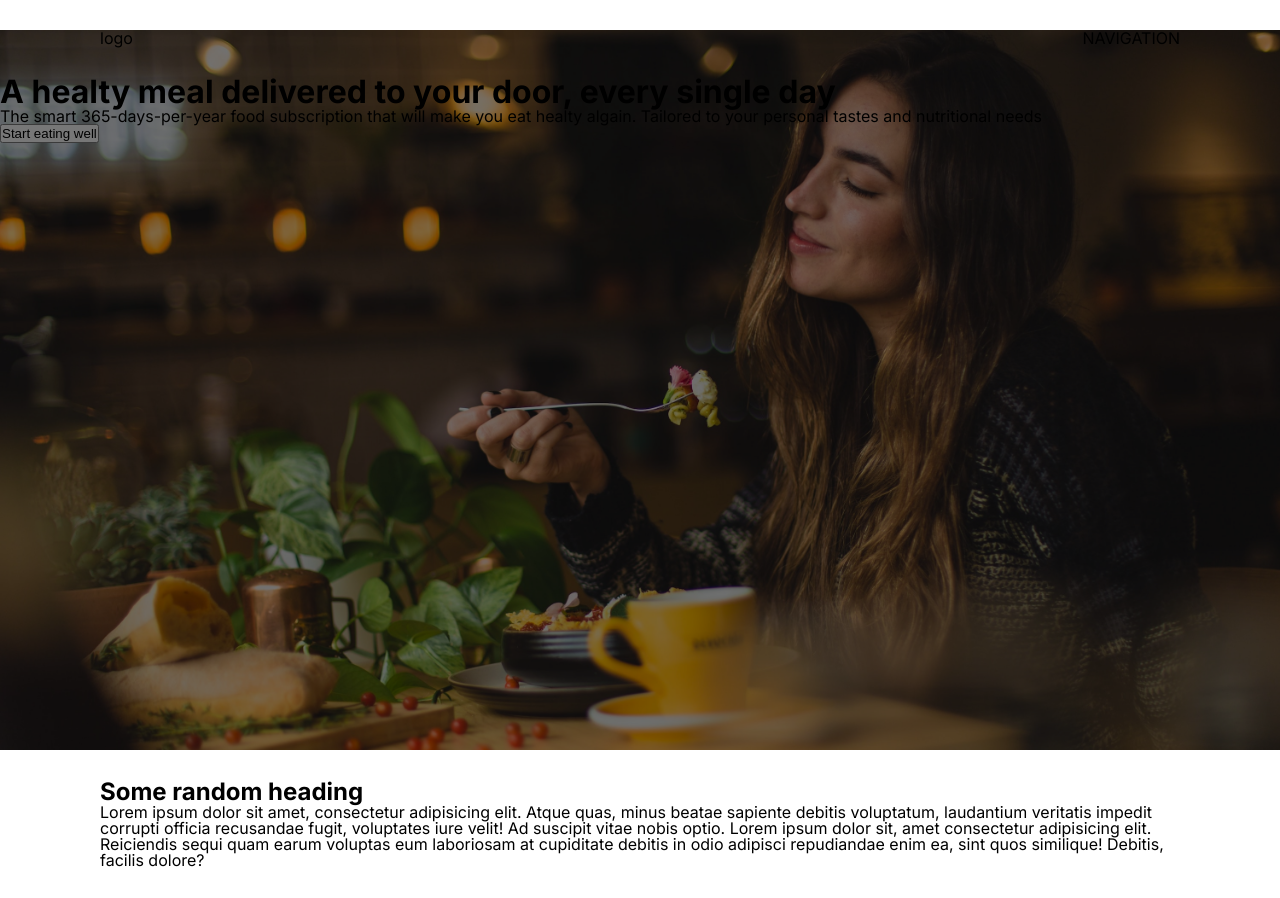
Repository: Ahmed123rezk123/06-Components
Page: hero.html
These files come from the project's save history. The page is drawn as it stood at one moment and after the next save; the edit follows.
The browser window is 1280 px wide. The pictures show the whole page.

Above is the page before, as saved 2024-09-18 09:14:49.

### hero.html
<!DOCTYPE html>
<html lang="en">
  <head>
    <meta charset="UTF-8" />
    <meta name="viewport" content="width=device-width, initial-scale=1.0" />
    <link rel="preconnect" href="https://fonts.gstatic.com" />
    <link
      href="https://fonts.googleapis.com/css2?family=Inter:wght@400;500;700&display=swap"
      rel="stylesheet"
    />
    <style>
      * {
        margin: 0;
        padding: 0;
        box-sizing: border-box;
      }

      body {
        font-family: "Inter", sans-serif;
        /* color: #343a40;
        background-color: #f8f9fa; */
        line-height: 1;
      }
      header {
        position: relative;
        background-image: url(/hero.jpg);
        background-repeat: no-repeat;
        background-size: cover;
        height: 100vh;
      }
      header::after {
        content: "";
        position: absolute;
        width: 100%;
        height: 100%;
        background-color: rgba(0, 0, 0, 0.5);
        top: 0;
        left: 0;
      }
      .container {
        margin: 30px 100px;
      }
      nav {
        display: flex;
        justify-content: space-between;
        align-items: center;
      }
    </style>
    <title>Pagination</title>
  </head>
  <body>
    <header>
      <nav class="container">
        <div>logo</div>
        <div>NAVIGATION</div>
      </nav>
      <div class="header-container">
        <div class="header-container-inner">
          <h1>A healty meal delivered to your door, every single day</h1>
          <p>
            The smart 365-days-per-year food subscription that will make you eat
            healty algain. Tailored to your personal tastes and nutritional
            needs
          </p>
          <button class="btn">Start eating well</button>
        </div>
      </div>
    </header>
    <section class="container">
      <h1>Some random heading</h1>
      <p>
        Lorem ipsum dolor sit amet, consectetur adipisicing elit. Atque quas,
        minus beatae sapiente debitis voluptatum, laudantium veritatis impedit
        corrupti officia recusandae fugit, voluptates iure velit! Ad suscipit
        vitae nobis optio. Lorem ipsum dolor sit, amet consectetur adipisicing
        elit. Reiciendis sequi quam earum voluptas eum laboriosam at cupiditate
        debitis in odio adipisci repudiandae enim ea, sint quos similique!
        Debitis, facilis dolore?
      </p>
    </section>
  </body>
</html>

After the next save:
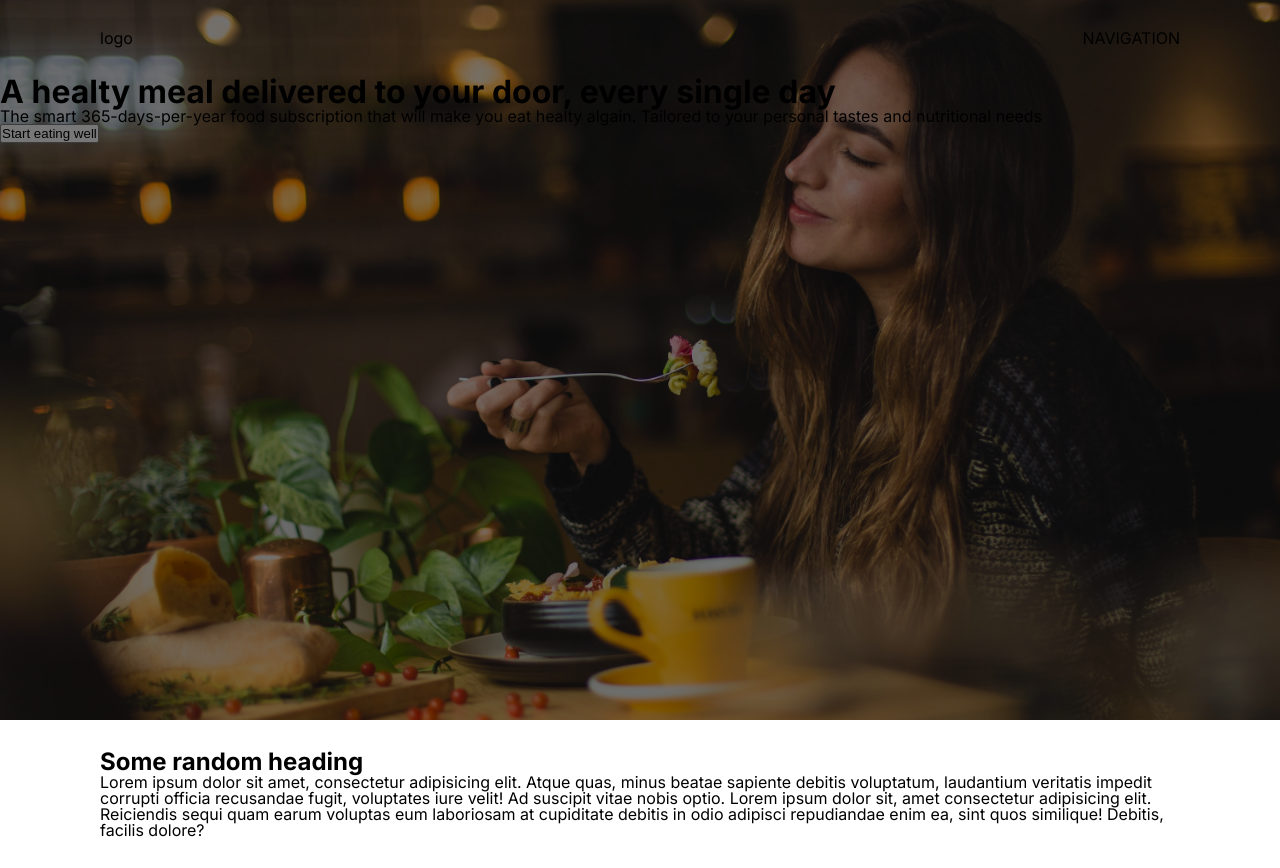
Saved 17 s later.
--- a/hero.html
+++ b/hero.html
@@ -38,7 +38,8 @@
         left: 0;
       }
       .container {
-        margin: 30px 100px;
+        margin: 0 100px;
+        padding: 30px 0;
       }
       nav {
         display: flex;
